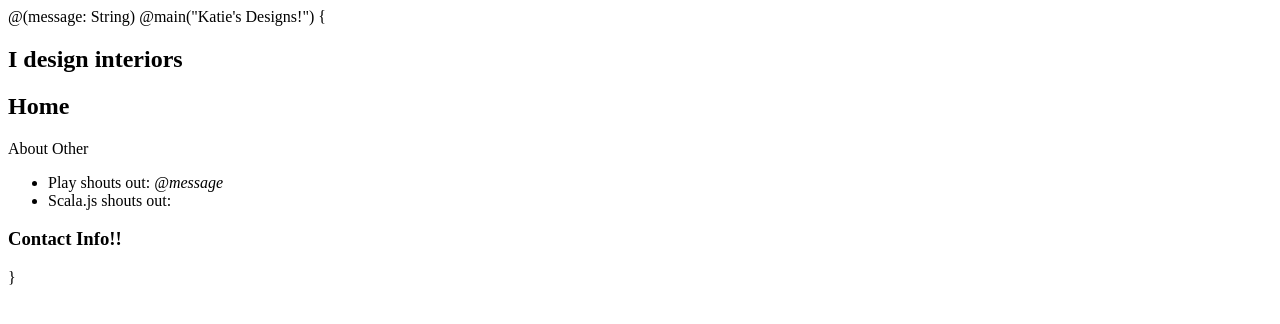
Repository: arthurfeeney/Interior-Design
Page: server/app/views/index.scala.html
An editor plug-in stored every save of this project. The page is shown before and after the next save, followed by the edit.
The browser window is 1280 px wide. The pictures show the whole page.

Above is the page before, as saved 2019-03-31 19:01:49.

### server/app/views/index.scala.html
@(message: String)

@main("Katie's Designs!") {
<h2>I design interiors</h2>

<h2 class="section-title"> Home </h2>

<p class="navbar-default"> About Other </p>

<ul>
  <li>Play shouts out: <em>@message</em></li>
  <li>Scala.js shouts out: <em id="scalajsShoutOut"></em></li>
</ul>

<h3> Contact Info!! </h3>


}

After the next save:
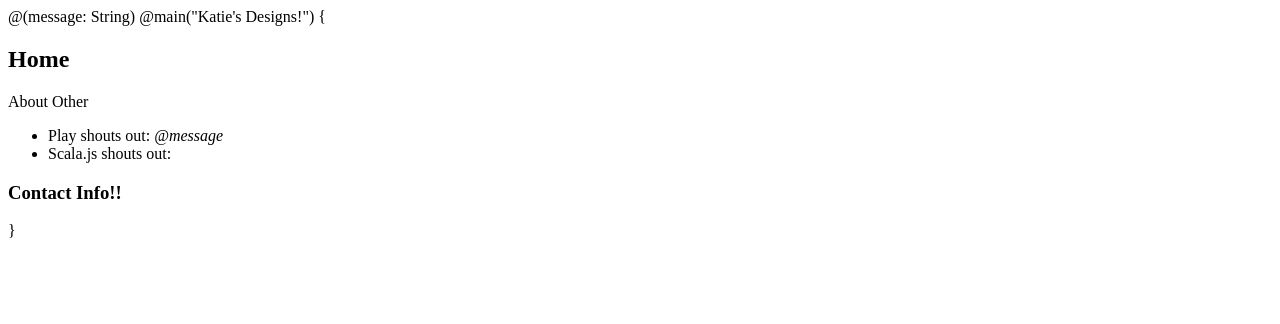
Saved 10 s later.
--- a/server/app/views/index.scala.html
+++ b/server/app/views/index.scala.html
@@ -1,7 +1,6 @@
 @(message: String)
 
 @main("Katie's Designs!") {
-<h2>I design interiors</h2>
 
 <h2 class="section-title"> Home </h2>
 
